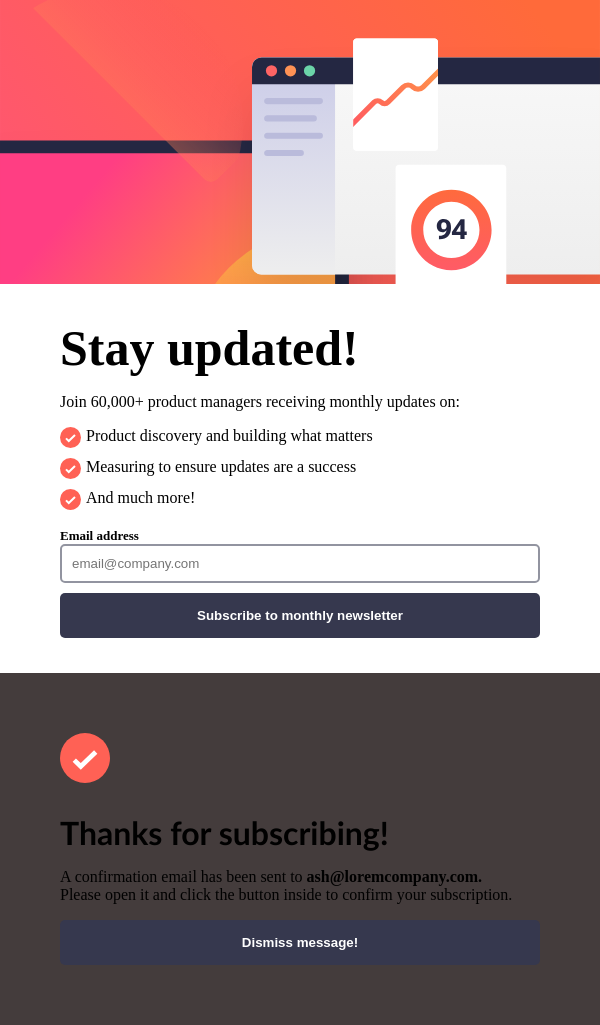
Repository: Celebration-cloud/Newsletter
Page: index.html
These files come from the project's save history. The page is drawn as it stood at one moment and after a run of saves; the edit follows.
The browser window is 600 px wide. The pictures show the whole page.

Above is the page before, as saved 2023-07-19 23:46:29.

After the next 5 saves:
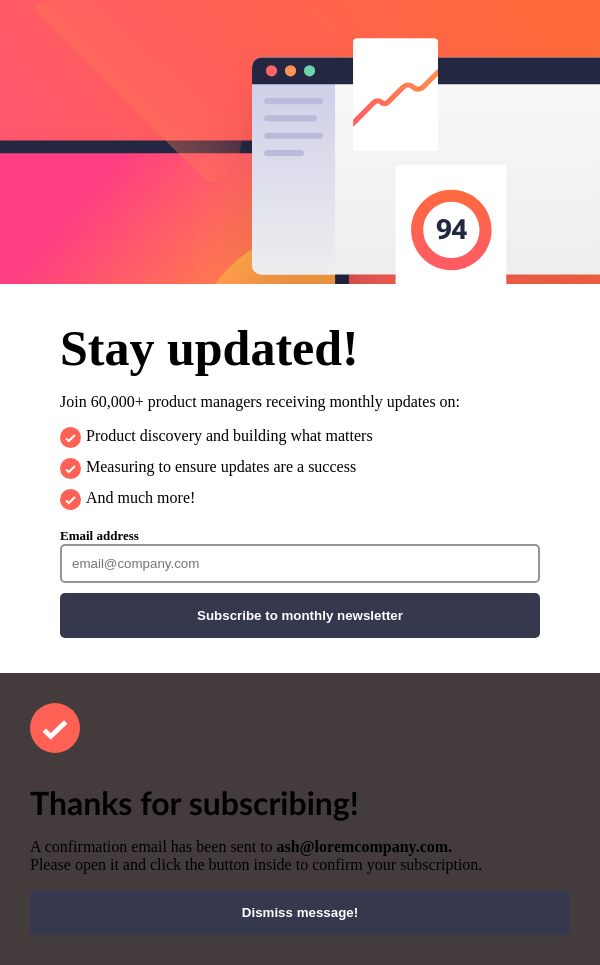
The 5 saves are shown as one change because they came seconds apart.
The last was saved 39 s later.
--- a/index.css
+++ b/index.css
@@ -128,7 +128,7 @@ button{
     #success{
         margin: auto;
         height: 300%;
-        padding: 60px;
+        padding: 30px;
         display: flex;
         flex-direction: column;
         justify-content: space-between;
